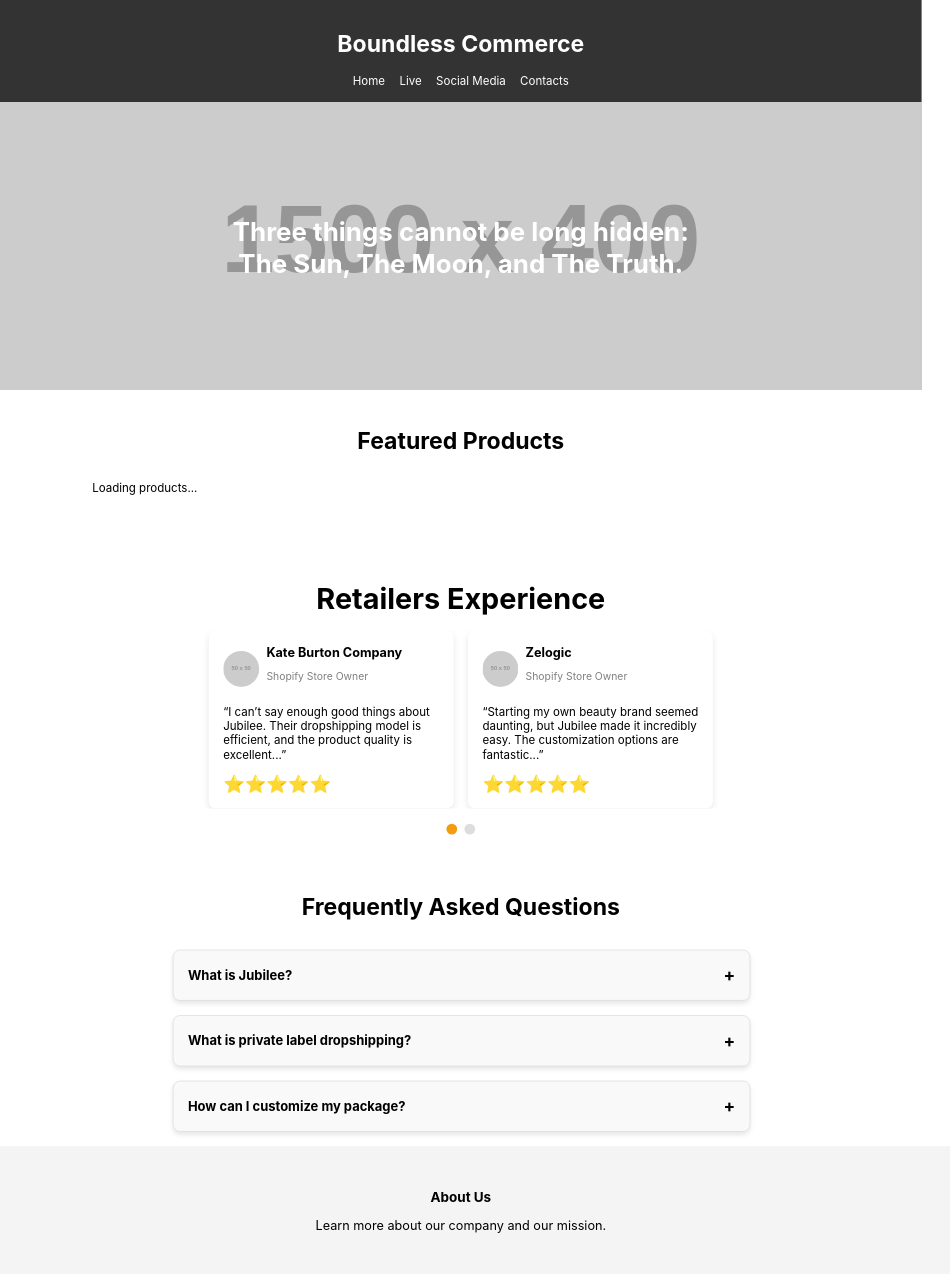
Repository: Nn-Exe/chunar-ecommerce
Page: / (app in ecommerce-frontend/)
An editor plug-in stored every save of this project. The page is shown before and after the next save, followed by the edit.
The browser window is 1280 px wide. The page is 1320 px wide, so the pictures cover 1320 px, including what lies to the right of the window. The pictures show the whole page, at 72% of full size.
The page's requests for data from a server got no answer. The project was rebuilt for these pictures with package versions that can differ from the ones it lists, and the page was loaded fresh each time. No one was signed in, and anything a server would have sent is missing.

Above is the page before, as saved 2024-09-11 15:18:21.

### ecommerce-frontend/src/App.js
import React, { useState, useEffect } from 'react';
import './App.css';
import { BrowserRouter as Router, Route, Routes } from 'react-router-dom';  // Importing React Router
import Navbar from './components/Navbar';  // Correct way to import default export
import HeroSection from './components/HeroSection';  // Correct way to import default export
import ProductList from './components/ProductList';  // Correct way to import default export
import Faq from './components/Faq';  // Import the Faq component from the components folder
import TestimonialCarousel from './components/TestimonialCarousel';


// Home page component (the default view)
function Home({ products }) {
  return (
    <div className="home-page">
      {/* Hero Section */}
      <div className="hero-container">
        <HeroSection />
      </div>

      {/* Featured Products Section */}
      <section className="products-section">
        <div className="section-header">
          <h2>Featured Products</h2>
        </div>

        <div className="product-grid">
          <ProductList products={products} />
        </div>
      </section>

      <br />

      {/* FAQ Section */}

      <TestimonialCarousel />
      <Faq />  {/* Using the imported Faq component */}

      {/* Add more sections here */}

      <br />

      <section className="about-section">
        <div className="about-content">
          <h3>About Us</h3>
          <p>Learn more about our company and our mission.</p>
        </div>
      </section>
    </div>
  );
}

// Other page components
function Live() {
  return <h2>Live Page</h2>;
}

function Contacts() {
  return <h2>Contacts Page</h2>;
}

function SocialMedia() {
  // External link can be opened using an anchor tag, so no need for a separate page.
  window.location.href = "https://linktr.ee/chunar.co";  // Redirect to external social media page
  return null;
}

function App() {
  const [products, setProducts] = useState([]);

  useEffect(() => {
    fetch('http://localhost:5000/api/products')
      .then((response) => response.json())
      .then((data) => setProducts(data))
      .catch((error) => console.error('Error fetching products:', error));
  }, []);

  return (
    <Router>
      <div className="App">
        <header className="App-header">
          <h1>Boundless Commerce</h1>
          <Navbar />
        </header>

        <Routes>
          {/* Home page route */}
          <Route path="/" element={<Home products={products} />} />

          {/* Other pages */}
          <Route path="/live" element={<Live />} />
          <Route path="/contacts" element={<Contacts />} />

          {/* Redirect to external social media link */}
          <Route path="/social-media" element={<SocialMedia />} />
        </Routes>
      </div>
    </Router>
  );
}

export default App;

### ecommerce-frontend/src/App.css
/* ------------- Main Structure ------------ */

.App-header {
  background-color: #333;
  color: white;
  padding: 20px;
  text-align: center;
}

nav ul {
  list-style-type: none;
  padding: 0;
  margin: 0;
  display: flex;
  justify-content: center;
  gap: 20px;
}

nav ul li a {
  color: white;
  text-decoration: none;
  font-size: 16px;
}

.hero {
  position: relative;
  text-align: center;
}

.hero-banner {
  width: 100%;
  height: 400px;
  object-fit: cover;
}

.hero-text {
  position: absolute;
  top: 50%;
  left: 50%;
  transform: translate(-50%, -50%);
  color: white;
  font-size: 24px;
  font-weight: bold;
}

.products {
  padding: 40px;
  text-align: center;
}

.product-list {
  display: grid;
  grid-template-columns: repeat(5, 1fr);
  gap: 20px;
}

.product-card {
  border: 1px solid #ddd;
  padding: 20px;
  text-align: center;
  transition: transform 0.3s;
}

.product-card img {
  max-width: 100%;
  height: auto;
  margin-bottom: 10px;
}

.product-card:hover {
  transform: scale(1.05);
}


.product-card img {
  width: 200px;
  height: 200px;
  object-fit: cover;   /* Ensures the image covers the given area */
  border-radius: 10px; /* Optional: adds rounded corners */
}



/* ----------- Home Div -------------- */

/* App.css */

.home-page {
  display: flex;
  flex-direction: column;
  align-items: center;
}

/* Hero Section */
.hero-container {
  width: 100%;
  margin-bottom: 20px;
}

/* Products Section */
.products-section {
  width: 80%;
  margin: 0 auto;
}

.section-header h2 {
  text-align: center;
  font-size: 2rem;
  margin-bottom: 20px;
}

/* Product Grid
.product-grid {
  display: grid;
  grid-template-columns: repeat(3, 1fr);
  gap: 20px;
}

.product-card {
  border: 1px solid #ddd;
  padding: 20px;
  text-align: center;
} */

/* About Section */
.about-section {
  background-color: #f4f4f4;
  padding: 40px;
  width: 100%;
  text-align: center;
}

.about-section h3 {
  margin-bottom: 10px;
}

.about-section p {
  font-size: 1.1rem;
}


/* ----------- FAQ Section ---------------- */


/* Center the FAQ section */
.faq-section {
  max-width: 800px; /* Set a larger max-width for the entire FAQ section */
  width: 100%;      /* Ensure it takes up 100% of the available width */
  margin: 0 auto;   /* Center the FAQ section on the page */
  text-align: center;
}

/* Style the header separately */
.faq-section h2 {
  font-size: 32px;
  margin-bottom: 40px;
}

/* Grid layout for the FAQ items (excluding the header) */
.faq-items {
  display: grid;
  grid-template-columns: 1fr; /* One column layout */
  gap: 20px; /* Space between the FAQ items */
}

/* Style each FAQ item */
.faq-item {
  border: 1px solid #ddd;
  border-radius: 10px;
  width: 100%; /* Make the FAQ item take up 100% of the container */
  background-color: #f9f9f9;
  box-shadow: 0 4px 8px rgba(0, 0, 0, 0.1);
  transition: background-color 330ms ease-in-out, box-shadow 330ms ease-in-out;
  overflow: hidden; /* Ensure content is hidden initially */
}

/* Box hover effect */
.faq-item:hover {
  box-shadow: 0 6px 12px rgba(0, 0, 0, 0.1);
  background-color: #f1f1f1;
}

/* Active FAQ item */
.faq-item.active {
  background-color: #ececec;
}

/* Style the FAQ question (clickable area) */
.faq-question {
  padding: 20px;
  cursor: pointer;
  display: flex;
  justify-content: space-between;
  align-items: center;
  font-weight: bold;
  font-size: 18px;
  width: 100%; /* Full width for the question area */
  box-sizing: border-box;
}

/* Style the FAQ answer */
.faq-answer {
  padding: 0 20px;
  overflow: hidden;
  max-height: 0;
  opacity: 0;
  transition: max-height 0.5s ease, opacity 0.5s ease;
  width: 100%; /* Full width for the answer area */
  box-sizing: border-box;
}

/* When the FAQ item is active, show the answer with a smooth transition */
.faq-item.active .faq-answer {
  max-height: 500px;
  opacity: 1;
  padding-bottom: 20px;
}

/* Style the icon for toggling */
.icon {
  font-size: 24px;
  font-weight: bold;
  transition: transform 0.3s ease;
}

.faq-item.active .icon {
  transform: rotate(45deg);
}

/* -----------  TestimonialCarousel ------------- */

/* Style for the testimonial section */
.testimonial-section {
  text-align: center;
  max-width: 800px;
  margin: 0 auto;
  padding: 50px 0;
}

.testimonial-section h2 {
  font-size: 2.5rem;
  margin-bottom: 20px;
}

/* Carousel container */
.carousel {
  display: flex;
  overflow: hidden;
  justify-content: center;
  scroll-behavior: smooth;
  transition: transform 0.4s ease-in-out;
  max-width: 100%; /* Ensure full width */
  margin: 0 auto;
}

/* Testimonial card styling */
.testimonial-card {
  width: 300px;
  background-color: #fff;
  padding: 20px;
  margin: 0 10px;
  border-radius: 10px;
  box-shadow: 0 4px 10px rgba(0, 0, 0, 0.1);
  text-align: left;
}

.profile {
  display: flex;
  align-items: center;
}

.profile img {
  border-radius: 50%;
  margin-right: 10px;
}

.profile-details h4 {
  font-size: 1.1rem;
  margin: 0;
}

.profile-details p {
  font-size: 0.9rem;
  color: gray;
}

.stars {
  font-size: 1.5rem;
  color: #f39c12;
  margin-top: 10px;
}

/* Navigation dots */
.dots {
  margin-top: 20px;
}

.dot {
  height: 15px;
  width: 15px;
  margin: 0 5px;
  background-color: #ddd;
  border-radius: 50%;
  display: inline-block;
  cursor: pointer;
}

.active {
  background-color: #f39c12;
}

### ecommerce-frontend/src/components/Navbar.js
import React from 'react';
import { Link } from 'react-router-dom';

function Navbar() {
  return (
    <nav>
      <ul>
        <li><Link to="/">Home</Link></li>  {/* Links to the home page */}
        <li><Link to="/live">Live</Link></li>  {/* Links to the live page */}
        <li><a href="https://linktr.ee/chunar.co" target="_blank" rel="noopener noreferrer">Social Media</a></li> {/* Opens external link in new tab */}
        <li><Link to="/contacts">Contacts</Link></li>  {/* Links to the contacts page */}
      </ul>
    </nav>
  );
}

export default Navbar;

### ecommerce-frontend/src/components/HeroSection.js
import React from 'react';

function HeroSection() {
  return (
    <section className="hero">
      <img src="https://via.placeholder.com/1500x400" alt="Banner" className="hero-banner" />
      <div className="hero-text">
        <h2>Three things cannot be long hidden: The Sun, The Moon, and The Truth.</h2>
      </div>
    </section>
  );
}

export default HeroSection;  // Ensure you have this line

### ecommerce-frontend/src/components/ProductList.js
import React from 'react';

function ProductList({ products }) {
  return (
    <div className="product-list">
      {products.length === 0 ? (
        <p>Loading products...</p>
      ) : (
        products.map((product) => (
          <div key={product.id} className="product-card">
              <img
                src={product.image}
                alt={product.name}
                className="product-image"
              />
            <h3>{product.name}</h3>
            <p>{product.description}</p>
            <p>${product.price}</p>
          </div>
        ))
      )}
    </div>
  );
}

export default ProductList;

### ecommerce-frontend/src/components/Faq.js
import React, { useState } from 'react';

const Faq = () => {
  const [activeIndex, setActiveIndex] = useState(null);

  const toggleFaq = (index) => {
    setActiveIndex(activeIndex === index ? null : index);
  };

  return (
    <div className="faq-section">
      <h2>Frequently Asked Questions</h2>

      <div className="faq-items"> {/* Grid layout for the items */}
        <div className={`faq-item ${activeIndex === 0 ? 'active' : ''}`}>
          <div className="faq-question" onClick={() => toggleFaq(0)}>
            <span>What is Jubilee?</span>
            <span className="icon">{activeIndex === 0 ? '-' : '+'}</span>
          </div>
          {activeIndex === 0 && (
            <div className="faq-answer">
              <p>Jubilee is a dropshipping marketplace that lets you build your own cosmetic and skincare line with minimal upfront costs...</p>
            </div>
          )}
        </div>

        <div className={`faq-item ${activeIndex === 1 ? 'active' : ''}`}>
          <div className="faq-question" onClick={() => toggleFaq(1)}>
            <span>What is private label dropshipping?</span>
            <span className="icon">{activeIndex === 1 ? '-' : '+'}</span>
          </div>
          {activeIndex === 1 && (
            <div className="faq-answer">
              <p>Private label dropshipping allows you to sell products from suppliers with your own branding...</p>
            </div>
          )}
        </div>

        <div className={`faq-item ${activeIndex === 2 ? 'active' : ''}`}>
          <div className="faq-question" onClick={() => toggleFaq(2)}>
            <span>How can I customize my package?</span>
            <span className="icon">{activeIndex === 2 ? '-' : '+'}</span>
          </div>
          {activeIndex === 2 && (
            <div className="faq-answer">
              <p>Private labeling is a great way to showcase your brand...</p>
            </div>
          )}
        </div>
      </div>
    </div>
  );
};

export default Faq;

### ecommerce-frontend/src/components/TestimonialCarousel.js
import React, { useState } from 'react';

const TestimonialCarousel = () => {
  const [currentSlide, setCurrentSlide] = useState(0);

  const testimonials = [
    {
      name: 'Kate Burton Company',
      title: 'Shopify Store Owner',
      text: '“I can’t say enough good things about Jubilee. Their dropshipping model is efficient, and the product quality is excellent...”',
      stars: 5,
    },
    {
      name: 'Zelogic',
      title: 'Shopify Store Owner',
      text: '“Starting my own beauty brand seemed daunting, but Jubilee made it incredibly easy. The customization options are fantastic...”',
      stars: 5,
    },
    // Add more testimonials here if needed
  ];

  // Function to move the slides
  const moveSlide = (index) => {
    setCurrentSlide(index);
  };

  return (
    <div className="testimonial-section">
      <h2>Retailers Experience</h2>
      <div className="carousel">
        {testimonials.map((testimonial, index) => (
          <div
            key={index}
            className="testimonial-card"
            style={{
              transform: `translateX(-${currentSlide * 320}px)`, // Slide the cards
            }}
          >
            <div className="profile">
              <img
                src="https://via.placeholder.com/50"
                alt="Profile"
              />
              <div className="profile-details">
                <h4>{testimonial.name}</h4>
                <p>{testimonial.title}</p>
              </div>
            </div>
            <p>{testimonial.text}</p>
            <div className="stars">
              {'⭐'.repeat(testimonial.stars)}
            </div>
          </div>
        ))}
      </div>

      {/* Dots for navigation */}
      <div className="dots">
        {testimonials.map((_, index) => (
          <span
            key={index}
            className={`dot ${index === currentSlide ? 'active' : ''}`}
            onClick={() => moveSlide(index)}
          ></span>
        ))}
      </div>
    </div>
  );
};


export default TestimonialCarousel;

Loaded but not shown: ecommerce-frontend/public/index.html (common file); ecommerce-frontend/src/index.js (common file); ecommerce-frontend/src/index.css (common file); ecommerce-frontend/src/reportWebVitals.js (common file)

After the next save:
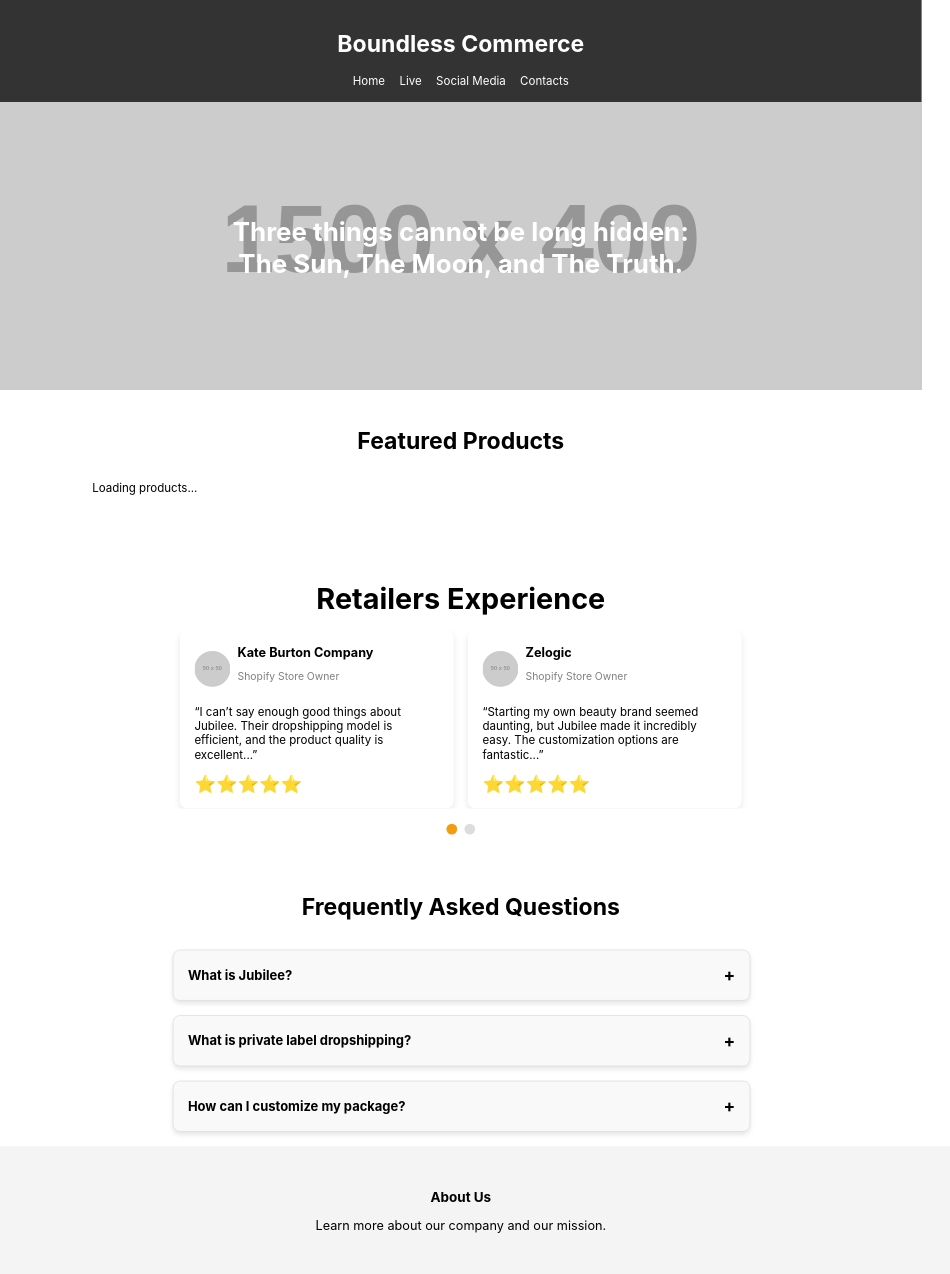
Saved 8 min 55 s later.
--- a/ecommerce-frontend/src/App.css
+++ b/ecommerce-frontend/src/App.css
@@ -255,7 +255,7 @@ nav ul li a {
 
 /* Testimonial card styling */
 .testimonial-card {
-  width: 300px;
+  width: 400px;
   background-color: #fff;
   padding: 20px;
   margin: 0 10px;
